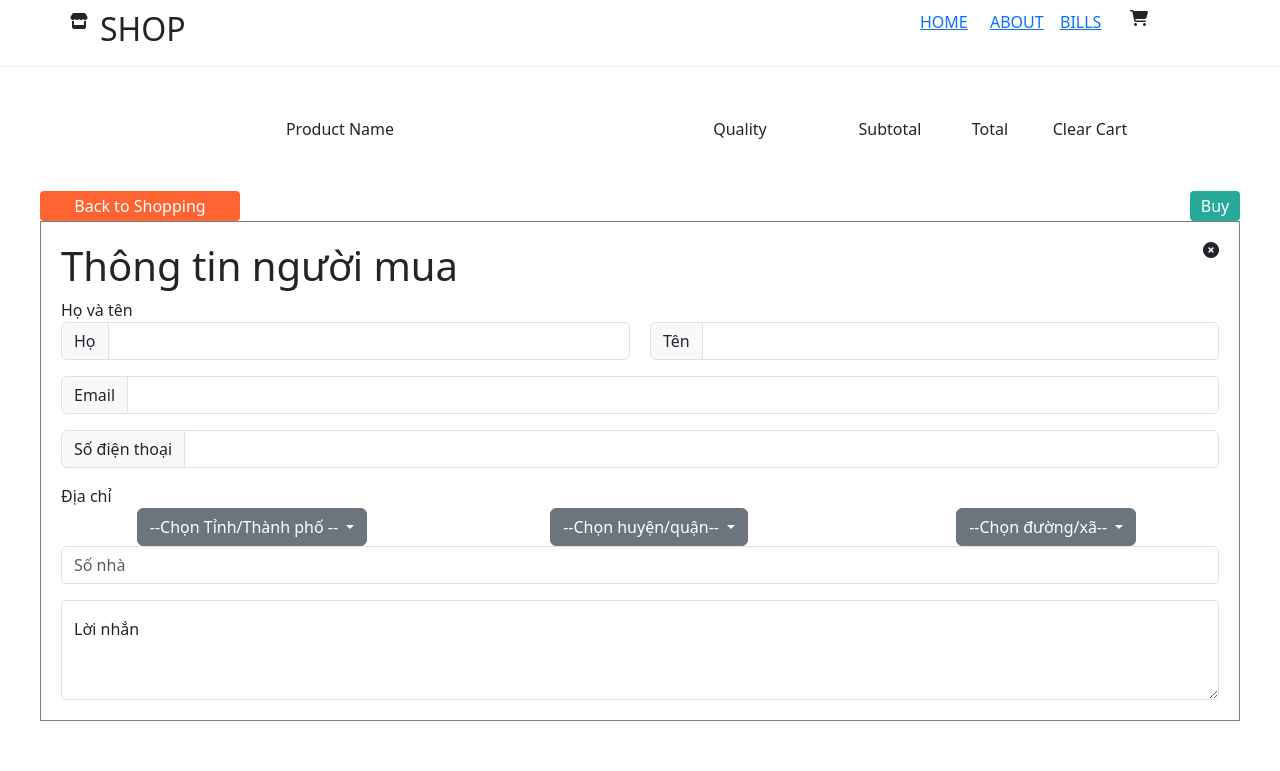
Repository: nguyenhaidang212/danh-sach-ban-hang
Page: index.html
The author's editor kept a copy of each file at every save. The page is drawn from the files as they stood at one save, then again after the next save.
The browser window is 1280 px wide. The pictures show the whole page.
Some web libraries are served in a nearby version.

Above is the page before, as saved 2023-02-10 14:51:24.

After the next save:
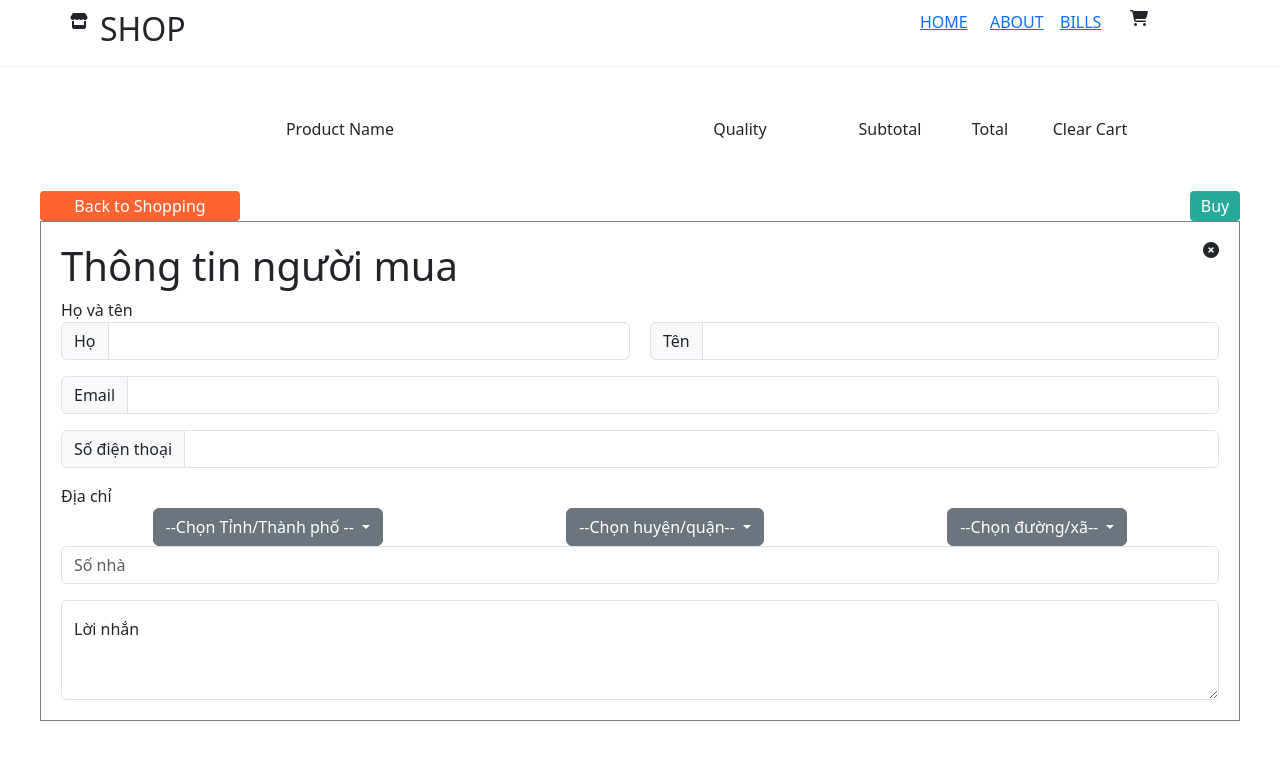
Saved 16 s later.
--- a/style.css
+++ b/style.css
@@ -175,9 +175,8 @@ main {
   column-gap: 20px;
 }
 .address {
-  display: grid;
-  grid-template-columns: 33% 33% 33%;
-  column-gap: 15px;
+  display: flex;
+  justify-content: space-around;
 }
 .dropdown {
   text-align: center;
